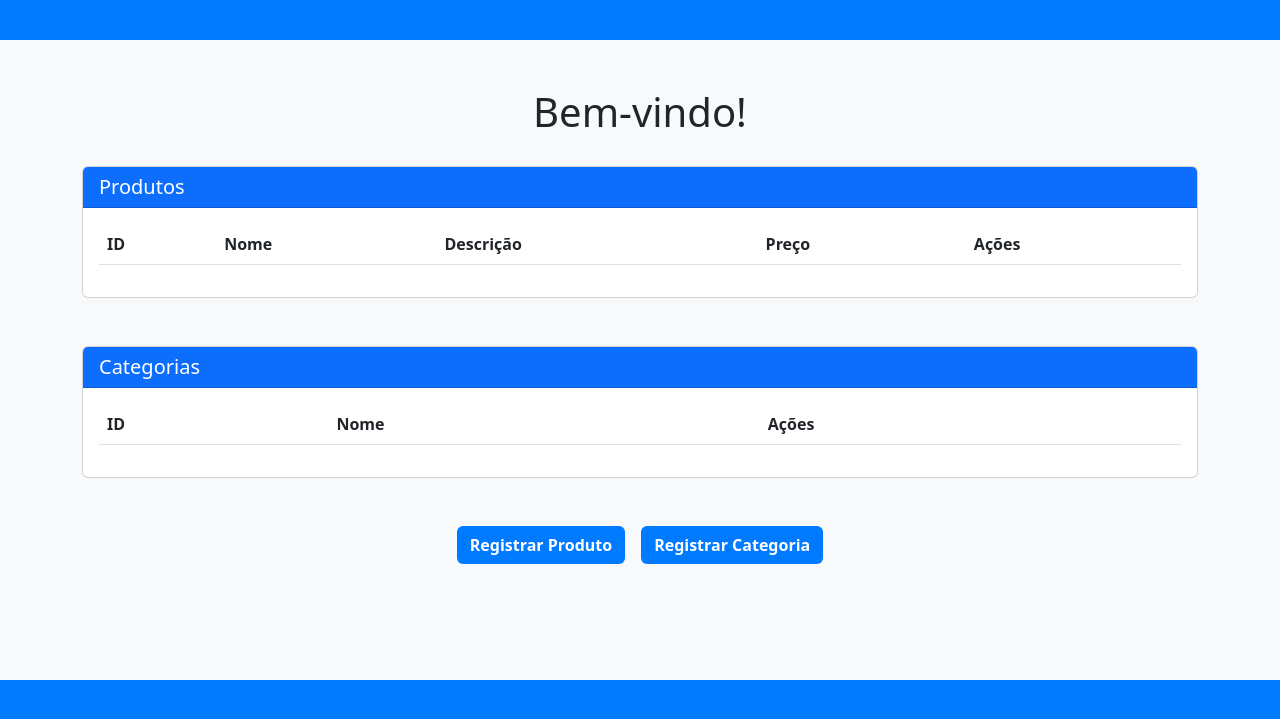
Repository: Gugalzg/sistema-cadastro
Page: http://localhost/index
These files come from the project's save history. The page is drawn as it stood at one moment and after the next save; the edit follows.
The browser window is 1280 px wide. The pictures show the whole page.
The page is this project's Thymeleaf template; nobody is signed in. The template is opened directly, without the code that normally fills it, so the values that code supplies are empty.

Above is the page before, as saved 2025-01-02 13:46:28.

### demo/src/main/resources/templates/index.html
<!DOCTYPE html>
<html xmlns:th="http://www.thymeleaf.org">
<head>
    <meta charset="UTF-8">
    <meta name="viewport" content="width=device-width, initial-scale=1.0">
    <title>Projeto Spring Boot com Thymeleaf</title>

    <!-- Bootstrap CSS (versão 5.3) -->
    <link rel="stylesheet" href="https://cdn.jsdelivr.net/npm/bootstrap@5.3.0/dist/css/bootstrap.min.css">
    <link rel="stylesheet" href="https://cdnjs.cloudflare.com/ajax/libs/font-awesome/5.15.3/css/all.min.css">

    <!-- CSS personalizado -->
    <style>
        .fade-in {
            animation: fadeInEffect 2s ease-out;
        }
        @keyframes fadeInEffect {
            0% {
                opacity: 0;
                transform: translateY(20px);
            }
            100% {
                opacity: 1;
                transform: translateY(0);
            }
        }
        h1 {
            font-size: 2.5em;
            text-align: center;
            margin-bottom: 30px;
        }
        body {
            border-top: 40px solid #007bff; /* Borda azul no topo */
            min-height: 100vh; /* Garantir que a página ocupe a altura total da tela */
            background-color: #f8f9fa; /* Cor de fundo suave */
            padding-bottom: 30px; /* Espaçamento extra na parte inferior */
            border-bottom: 40px solid #007bff; /* Borda azul na parte inferior */
        }
        .btn-blue {
            background-color: #007bff;
            color: white;
            font-weight: bold;
        }

		.acoes-header {
		    text-align: left; /* Alinhar o texto à esquerda */
		    padding-left: 40px; /* Ajuste fino da posição do texto */
		}


        .btn-blue:hover {
            background-color: #0056b3;
            color: white;
        }
        .list-group-item {
            font-size: 1.1em;
        }
    </style>
</head>
<body>
    <div class="container mt-5 fade-in" id="page-content">
        <h1>Bem-vindo!</h1>

        <!-- Mensagem de sucesso global -->
        <div th:if="${message}" class="alert alert-success text-center" th:text="${message}"></div>

        <!-- Seção de Produtos -->
        <div>
            <div class="card">
                <div class="card-header bg-primary text-white">
                    <h5 class="mb-0">Produtos</h5>
                </div>
                <div class="card-body">
                    <table class="table table-striped">
                        <thead>
                            <tr>
                                <th>ID</th>
                                <th>Nome</th>
                                <th>Descrição</th>
                                <th>Preço</th>
								<th class="acoes-header">Ações</th> <!-- Classe adicionada aqui -->
                            </tr>
                        </thead>
                        <tbody>
                            <!-- Exibindo produtos com Thymeleaf -->
                            <tr th:each="product : ${products}">
                                <td th:text="${product.id}"></td>
                                <td th:text="${product.name}"></td>
                                <td th:text="${product.description}"></td>
                                <td th:text="${product.price}"></td>
								<td class="text-end"> <!-- Classe adicionada aqui -->

                                    <a th:href="@{/products/edit/{id}(id=${product.id})}" class="btn btn-warning btn-sm">
                                        <i class="fas fa-edit"></i> Editar
                                    </a>
                                    <a th:href="@{/products/delete/{id}(id=${product.id})}" class="btn btn-danger btn-sm"
                                       onclick="return confirm('Tem certeza que deseja excluir este produto?')">
                                       <i class="fas fa-trash-alt"></i>Excluir
                                   </a>
								 </td>
                            </tr>
                        </tbody>
                    </table>
                </div>
            </div>
        </div>

        <!-- Seção de Categorias -->
        <div class="mt-5">
            <div class="card">
                <div class="card-header bg-primary text-white">
                    <h5 class="mb-0">Categorias</h5>
                </div>
                <div class="card-body">
					<table class="table table-striped">
					    <thead>
					        <tr>
					            <th>ID</th>
					            <th>Nome</th>
					            <th class="acoes-header">Ações</th> <!-- Classe sem text-end -->
					        </tr>
					    </thead>
					    <tbody>
					        <tr th:each="category : ${categories}">
					            <td th:text="${category.id}"></td>
					            <td th:text="${category.name}"></td>
					            <td class="text-end">
					                <a th:href="@{/categories/edit/{id}(id=${category.id})}" class="btn btn-warning btn-sm">
					                    <i class="fas fa-edit"></i> Editar
					                </a>
					                <a th:href="@{/categories/delete/{id}(id=${category.id})}" class="btn btn-danger btn-sm"
					                   onclick="return confirm('Tem certeza que deseja excluir esta categoria?')">
					                    <i class="fas fa-trash-alt"></i> Excluir
					                </a>
					            </td>
					        </tr>
					    </tbody>
					</table>
                </div>
            </div>
        </div>

        <!-- Botões de ação -->
        <div class="d-flex justify-content-center mt-5">
            <a href="/products/register" class="btn btn-blue me-3">Registrar Produto</a>
            <a href="/categories/register" class="btn btn-blue">Registrar Categoria</a>
        </div>
    </div>

    <!-- Bootstrap JS (versão 5.3) -->
    <script src="https://cdn.jsdelivr.net/npm/bootstrap@5.3.0/dist/js/bootstrap.bundle.min.js"></script>
</body>
</html>

After the next save:
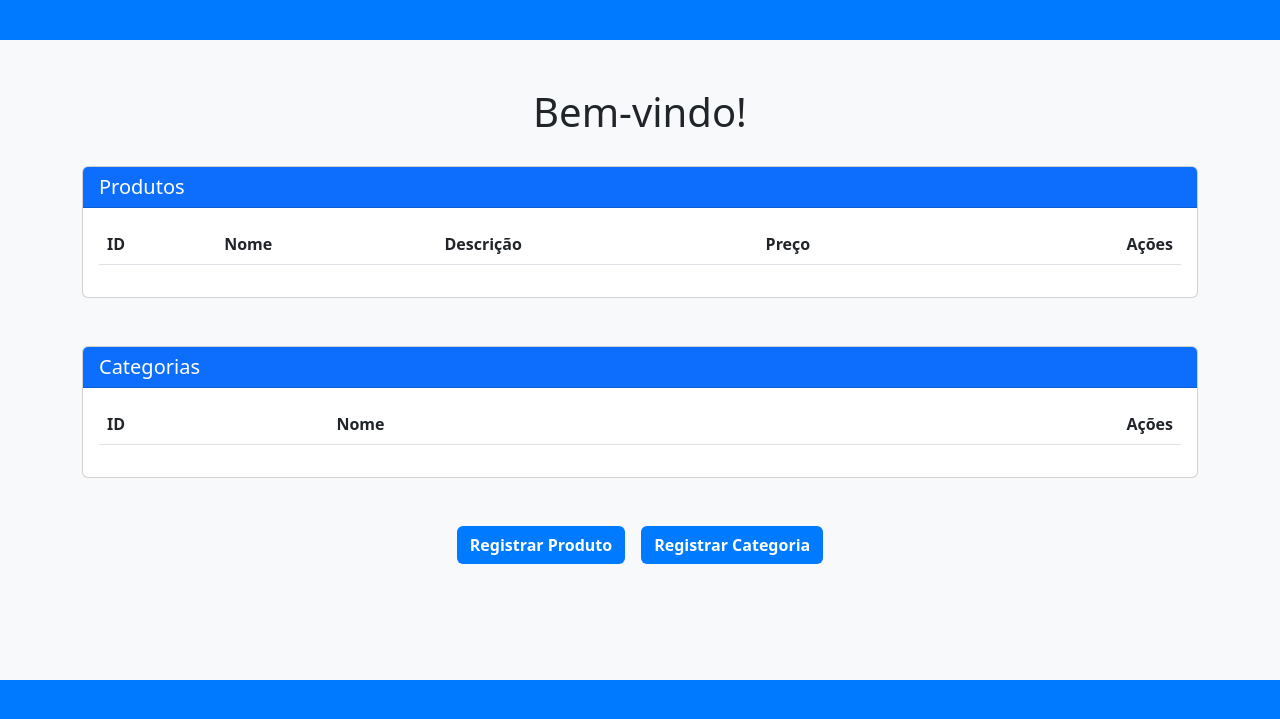
Saved 50 s later.
--- a/demo/src/main/resources/templates/index.html
+++ b/demo/src/main/resources/templates/index.html
@@ -43,8 +43,8 @@
         }
 
 		.acoes-header {
-		    text-align: left; /* Alinhar o texto à esquerda */
-		    padding-left: 40px; /* Ajuste fino da posição do texto */
+		    text-align: right; /* Alinhar o texto à esquerda */
+		    padding-right: 40px; /* Ajuste fino da posição do texto */
 		}
 
 

After the 3 saves that followed:
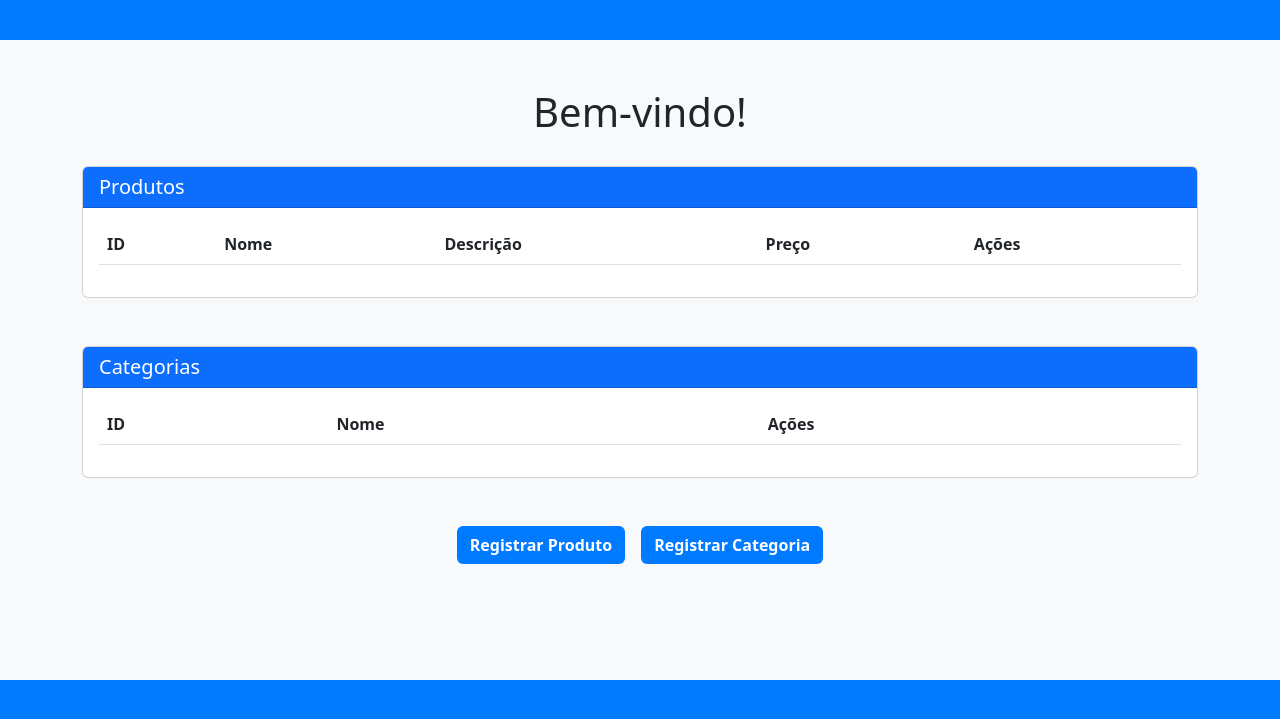
The 3 saves are shown as one change because 2 left the picture as it was.
The last was saved 102 s later.
--- a/demo/src/main/resources/templates/index.html
+++ b/demo/src/main/resources/templates/index.html
@@ -43,8 +43,7 @@
         }
 
 		.acoes-header {
-		    text-align: right; /* Alinhar o texto à esquerda */
-		    padding-right: 40px; /* Ajuste fino da posição do texto */
+		    padding-left: 20px; /* Ajuste fino da posição do texto */
 		}
 
 
